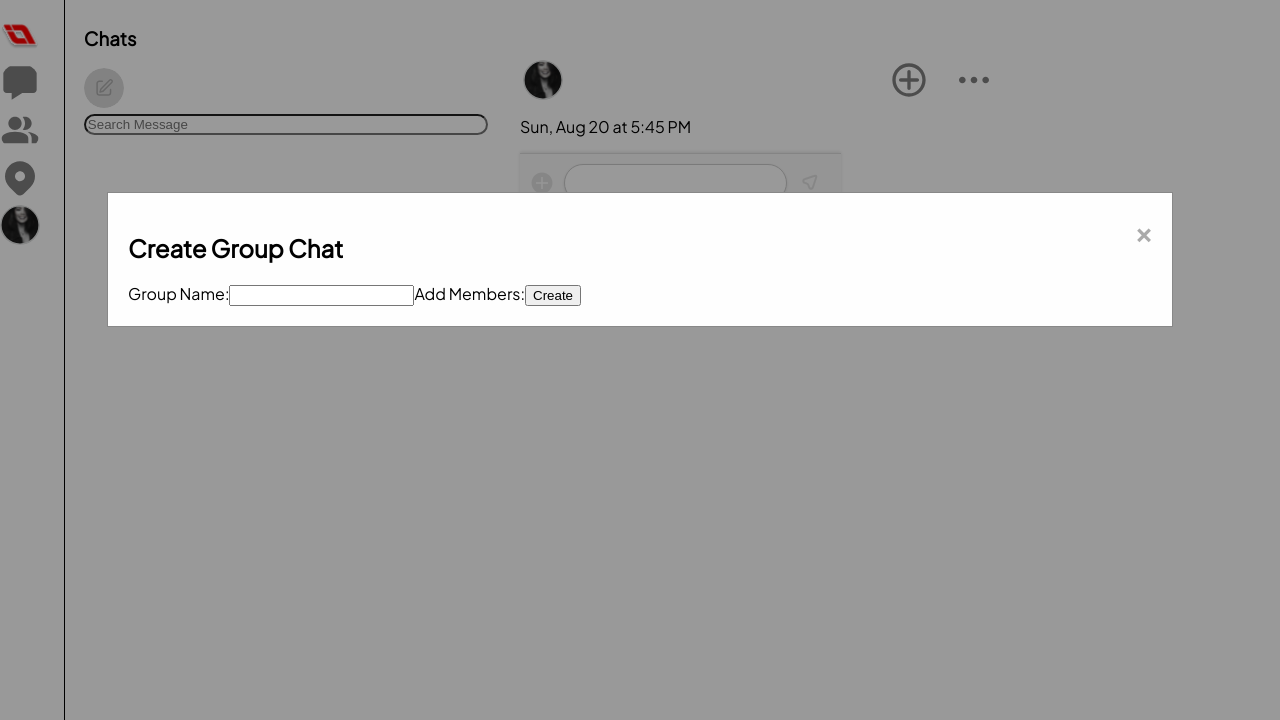
Repository: Nicktacku/LawChat
Page: /homechat (app in frontend/lawchat/)
These files come from the project's save history. The page is drawn as it stood at one moment and after the next save; the edit follows.
The browser window is 1280 px wide. The pictures show the whole page.
The page's requests for data from a server got no answer. The project was rebuilt for these pictures with package versions that can differ from the ones it lists, and the page was loaded fresh each time. No one was signed in, and anything a server would have sent is missing. Also part of the build but not shown: frontend/lawchat/src/styles/button.css, frontend/lawchat/src/components/Button.js, frontend/lawchat/src/pages/Home.js, frontend/lawchat/src/pages/Login.js, frontend/lawchat/src/styles/chatpreview.css, frontend/lawchat/src/components/ChatPreview.js, frontend/lawchat/src/components/ChatBubble.js, frontend/lawchat/src/pages/Test.js.

Above is the page before, as saved 2024-08-16 17:04:21.

### frontend/lawchat/public/index.html
<!DOCTYPE html>
<html lang="en">
  <head>
    <meta charset="utf-8" />
    <link rel="icon" href="%PUBLIC_URL%/favicon.ico" />
    <meta name="viewport" content="width=device-width, initial-scale=1" />
    <meta name="theme-color" content="#000000" />
    <meta
      name="description"
      content="Web site created using create-react-app"
    />
    <link rel="apple-touch-icon" href="%PUBLIC_URL%/logo192.png" />
    <!--
      manifest.json provides metadata used when your web app is installed on a
      user's mobile device or desktop. See https://developers.google.com/web/fundamentals/web-app-manifest/
    -->
    <link rel="manifest" href="%PUBLIC_URL%/manifest.json" />
    <link
      href="https://fonts.googleapis.com/css?family=Plus Jakarta Sans"
      rel="stylesheet"
    />
    <!--
      Notice the use of %PUBLIC_URL% in the tags above.
      It will be replaced with the URL of the `public` folder during the build.
      Only files inside the `public` folder can be referenced from the HTML.

      Unlike "/favicon.ico" or "favicon.ico", "%PUBLIC_URL%/favicon.ico" will
      work correctly both with client-side routing and a non-root public URL.
      Learn how to configure a non-root public URL by running `npm run build`.
    -->
    <title>React App</title>
  </head>
  <body>
    <noscript>You need to enable JavaScript to run this app.</noscript>
    <div id="root"></div>
    <!--
      This HTML file is a template.
      If you open it directly in the browser, you will see an empty page.

      You can add webfonts, meta tags, or analytics to this file.
      The build step will place the bundled scripts into the <body> tag.

      To begin the development, run `npm start` or `yarn start`.
      To create a production bundle, use `npm run build` or `yarn build`.
    -->
  </body>
</html>

### frontend/lawchat/src/App.js
import Home from "./pages/Home.js";
import Login from "./pages/Login.js";
import HomeChat from "./pages/HomeChat.js";

import {
  createBrowserRouter,
  createRoutesFromElements,
  Route,
  RouterProvider,
} from "react-router-dom";
import Test from "./pages/Test.js";

const router = createBrowserRouter(
  createRoutesFromElements(
    <Route path="/">
      <Route index element={<Home />} />
      <Route path="/login" element={<Login />} />
      <Route path="/homechat" element={<HomeChat />} />
      <Route path="/test" element={<Test />} />
    </Route>
  )
);

function App() {
  return (
    <div className="App">
      {/* <Login /> */}
      <RouterProvider router={router} />
    </div>
  );
}

export default App;

### frontend/lawchat/src/pages/HomeChat.js
import React, { useEffect, useState } from "react";
import axios from "axios";

import logo from "../images/logo.svg";
import chaticon from "../images/chaticon.svg";
import friendsicon from "../images/friendsicon.svg";
import locationicon from "../images/locationicon.svg";
import personaldp from "../images/personaldp.svg";

import newchaticon from "../images/newchaticon.svg";
import ChatPreview from "../components/ChatPreview";
import addicon from "../images/addicon.svg";
import tripledoticon from "../images/tripledoticon.svg";
import ChatBubble from "../components/ChatBubble";
import attachicon from "../images/attachicon.svg";
import sendicon from "../images/sendicon.svg";
import "../styles/homechat.css";

const HomeChat = () => {
  const [loading, setLoading] = useState(false);
  const [gcs, setGcs] = useState([]);
  const [userNames, setUserNames] = useState({});
  const [typedChat, setTypedChat] = useState("");
  const [currentGc, setCurrentGc] = useState("66bdc4c92b6710e2a4cfd866");
  const [showModal, setShowModal] = useState(false);
  const [groupName, setGroupName] = useState("");

  useEffect(() => {
    setLoading(true);
    axios
      .get("http://localhost:5555/gc")
      .then((response) => {
        setGcs(response.data);
        fetchUserNames(response.data);
      })
      .catch((err) => {
        console.log("in chats", err);
        setLoading(false);
      });
  }, [gcs]);

  const fetchUserNames = async (gcs) => {
    const userIds = [
      ...new Set(gcs.flatMap((gc) => gc.chats.map((chat) => chat.sender))),
    ];

    const userPromises = userIds.map((id) =>
      axios
        .get(`http://localhost:5555/users/${id}`)
        .then((response) => ({
          id,
          name: response.data.name,
        }))
        .catch((error) => {
          console.error(`Error fetching user ${id}:`, error);
          return { id, name: null }; // or handle differently
        })
    );

    const userData = await Promise.all(userPromises);
    const userNameMap = userData.reduce((acc, user) => {
      acc[user.id] = user.name || "Unknown User"; // Fallback if name is missing
      return acc;
    }, {});

    setUserNames(userNameMap);
    setLoading(false);
  };

  const sendChat = async (message, sender) => {
    const now = new Date();
    const newChat = {
      message: message,
      sender: sender,
      time: now.toLocaleTimeString(),
      is_owner: true,
    };
    await axios
      .post(`http://localhost:5555/gc/chat/send/${currentGc}`, newChat)
      .then((response) => {
        console.log(response);
      })
      .catch(function (error) {
        console.log(error);
      });

    setTypedChat("");
  };

  const handleChange = (e) => {
    setTypedChat(e.target.value);
  };

  const handleCurrentGc = (gcId) => {
    setCurrentGc(gcId);
    console.log(gcId);
  };

  const handleNewGroupName = (e) => {
    setGroupName(e.target.value);
  };

  const handleNewGroup = async (e) => {
    e.preventDefault();
    const newGroupChat = {
      name: groupName,
      members: [
        "66bd6a69b21a0789dbf1601f",
        "66bd6b0db21a0789dbf16022",
        "66bd6b53b21a0789dbf16024",
      ],
    };
    await axios
      .post(`http://localhost:5555/gc/create`, newGroupChat)
      .then((response) => {
        console.log(response);
      })
      .catch(function (error) {
        console.log(error);
      });
    setShowModal(true);
  };

  const handleGcDelete = async (gcId) => {
    await axios
      .delete(`http://localhost:5555/gc/delete/${gcId}`)
      .then((response) => {
        console.log(response);
      })
      .catch(function (error) {
        console.log(error);
      });
  };

  return (
    <div className="container">
      <div className="sidebar">
        <img src={logo} className="img" alt="Logo" /> <br />
        <img src={chaticon} className="img" alt="Chat Icon" /> <br />
        <img src={friendsicon} className="img" alt="Friends Icon" /> <br />
        <img src={locationicon} className="img" alt="Location Icon" /> <br />
        <img src={personaldp} className="img" alt="Personal DP" /> <br />
      </div>
      <div className="chats">
        <h3 className="h3">
          <b>Chats</b>
        </h3>
        <img src={newchaticon} alt="New Chat Icon" />
        <div
          id="myModal"
          class="modal"
          style={!showModal ? { display: "block" } : { display: "none" }}
        >
          <div class="modal-content">
            <span class="close">&times;</span>
            <h2>Create Group Chat</h2>
            <form>
              <label>Group Name:</label>
              <input
                type="text"
                onChange={handleNewGroupName}
                value={groupName}
              />
              <label>Add Members:</label>
              <button onClick={handleNewGroup}>Create</button>
            </form>
          </div>
        </div>
        <form>
          <input type="text" placeholder="Search Message" className="search" />
        </form>
        {gcs.map((gc) => (
          <>
            <div
              onClick={() => handleCurrentGc(gc._id)}
              className="chat-previews"
            >
              <ChatPreview
                key={gc._id}
                name={gc.name}
                preview={gc.chats.message}
              />
            </div>
            <button onClick={() => handleGcDelete(gc._id)}>delete</button>
          </>
        ))}
      </div>
      <div className="chat">
        <div className="chat-bar">
          <img src={personaldp} className="chat-image" alt="Chat Image" />
          <h3 className="chat-name">
            {gcs.map((gc) => (currentGc === gc._id ? gc.name : <></>))}
          </h3>
          <img src={addicon} className="chat-add" alt="Add Icon" />
          <img src={tripledoticon} className="chat-menu" alt="Menu Icon" />
        </div>
        <span className="chat-content">
          <p>Sun, Aug 20 at 5:45 PM</p>
          {gcs.map((gc) =>
            currentGc === gc._id ? (
              gc.chats.map((chat) => (
                <ChatBubble
                  key={chat.id}
                  name={userNames[chat.sender] || chat.sender}
                  message={chat.message}
                  className="chat-content"
                />
              ))
            ) : (
              <></>
            )
          )}
        </span>
        <div className="chatbox">
          <img src={attachicon} alt="Attach Icon" />
          <form>
            <input
              type="text"
              onChange={handleChange}
              value={typedChat}
              placeholder=""
            />
            <img
              src={sendicon}
              onClick={() => sendChat(typedChat, "66bd6a69b21a0789dbf1601f")}
              alt="Send Icon"
            />
          </form>
        </div>
      </div>
    </div>
  );
};

export default HomeChat;

### frontend/lawchat/src/styles/home.css
body {
    font-family: 'Plus Jakarta Sans';
}

.body {
    padding-left: 5%;
    padding-right: 5%;
}

.navbar {
    overflow: hidden;
    border-bottom: 1px solid rgba(129, 133, 137, 0.3);
    padding-left: 3%;
    padding-right: 3%;
}



.nav-list {
    list-style-type: none;
    margin: 0;
    padding: 0;
    text-align: center;
}

.nav-item {
    float: right;
    padding: 2vh;
}

.logo{
    overflow: hidden;
    float:left;
}

.body-content {
    width: 40%;
    float: left;
    justify-content: center;
}

.body-image {
    width: 60%;
    float: right;
}

.h1{
    font-size: 18vh;
    margin-top: 30%;
}

.p {
    font-size: 5vh;
    color: gray;
}

.stores {
    justify-content: space-around;
}

.body-image {
    position: relative;
}

/* .body-image-content {
    position: absolute;
    width: 100px;
    height: 100px;
    border: 1px solid red;
} */

### frontend/lawchat/src/styles/homechat.css
.sidebar {
    height: 100%;
    width: 5%;
    position: fixed;
    top: 0;
    left: 0;
    overflow-x: hidden;
    padding-top: 16px;
    border-right: 1px solid black;
    /* justify-content: center; */
    /* align-items: center; */
  }

.chat {
    margin-left: 40%;
    position: absolute;
    top: 0%;
}

.chats {
    margin-left: 6%
}

.img{
    width: 9vh;
    padding-bottom: 5%;
  }

.search {
    border-radius: 30px;
    width: 55vh
}

.chat-bar{
  margin-top: 20%;
  display:flex;
  justify-content: space-around;
}

.chat-image{
  margin-left: 1%;
}

.chat-name{
  margin-left: 5%;
}

.chat-add{
  margin-left: 100%;
}

.chat-menu{
  margin-left: 5%;
}

.chatbox {
  display: flex;
  align-items: center;
  padding: 10px;
  background-color: #f9f9f9;
  border-top: 1px solid #ddd;
  box-shadow: 0px -1px 3px rgba(0, 0, 0, 0.1);
  width: 100%;
}

.chatbox img {
  width: 24px;
  height: 24px;
  cursor: pointer;
  margin-right: 10px;
}

.chatbox form {
  display: flex;
  align-items: center;
  flex-grow: 1;
}

.chatbox input[type="text"] {
  flex-grow: 1;
  padding: 10px;
  border-radius: 20px;
  border: 1px solid #ccc;
  outline: none;
  font-family: Arial, sans-serif;
  font-size: 14px;
  background-color: #fff;
  box-shadow: 0px 1px 3px rgba(0, 0, 0, 0.1);
  margin-right: 10px;
}

.chatbox input[type="text"]::placeholder {
  color: #aaa;
}

.chatbox button {
  background: none;
  border: none;
  cursor: pointer;
}

.chatbox button img {
  width: 24px;
  height: 24px;
}

.chatbox input[type="text"]:focus {
  border-color: #007bff;
  box-shadow: 0px 0px 5px rgba(0, 123, 255, 0.5);
}

.chat-previews{
  cursor: pointer;
}

/* The Modal (background) */
.modal {
  display: none; /* Hidden by default */
  position: fixed; /* Stay in place */
  z-index: 1; /* Sit on top */
  left: 0;
  top: 0;
  width: 100%; /* Full width */
  height: 100%; /* Full height */
  overflow: auto; /* Enable scroll if needed */
  background-color: rgb(0,0,0); /* Fallback color */
  background-color: rgba(0,0,0,0.4); /* Black w/ opacity */
}

/* Modal Content/Box */
.modal-content {
  background-color: #fefefe;
  margin: 15% auto; /* 15% from the top and centered */
  padding: 20px;
  border: 1px solid #888;
  width: 80%; /* Could be more or less, depending on screen size */
}

/* The Close Button */
.close {
  color: #aaa;
  float: right;
  font-size: 28px;
  font-weight: bold;
}

.close:hover,
.close:focus {
  color: black;
  text-decoration: none;
  cursor: pointer;
}

### frontend/lawchat/src/styles/chatbubble.css
.container {
  display: flex;
  align-items: flex-start; /* Aligns the profile image and text container at the top */
  margin-bottom: 10px;
}

.container img {
  width: 40px;
  height: 40px;
  border-radius: 50%;
  margin-right: 10px;
  flex-shrink: 0; /* Prevents the image from shrinking */
}

.message-wrapper {
  display: flex;
  flex-direction: column; /* Stacks the sender name and message vertically */
  max-width: 80%; /* Limits the width of the chat message */
}

.sender-name {
  font-size: 12px;
  color: #555;
  margin-bottom: 3px;
  font-weight: bold;
}

.chat-message {
  background-color: #f0f0f0;
  color: #333;
  padding: 10px 15px;
  border-radius: 15px;
  font-family: Arial, sans-serif;
  font-size: 14px;
  line-height: 1.5;
  box-shadow: 0px 1px 3px rgba(0, 0, 0, 0.1);
  position: relative;
  word-wrap: break-word; /* Ensures long words break onto the next line */
}

.chat-message::before {
  content: "";
  position: absolute;
  top: 10px;
  left: -10px;
  width: 0;
  height: 0;
  border-top: 10px solid transparent;
  border-bottom: 10px solid transparent;
  border-right: 10px solid #f0f0f0;
}

Loaded but not shown: frontend/lawchat/src/index.js (common file)

After the next save:
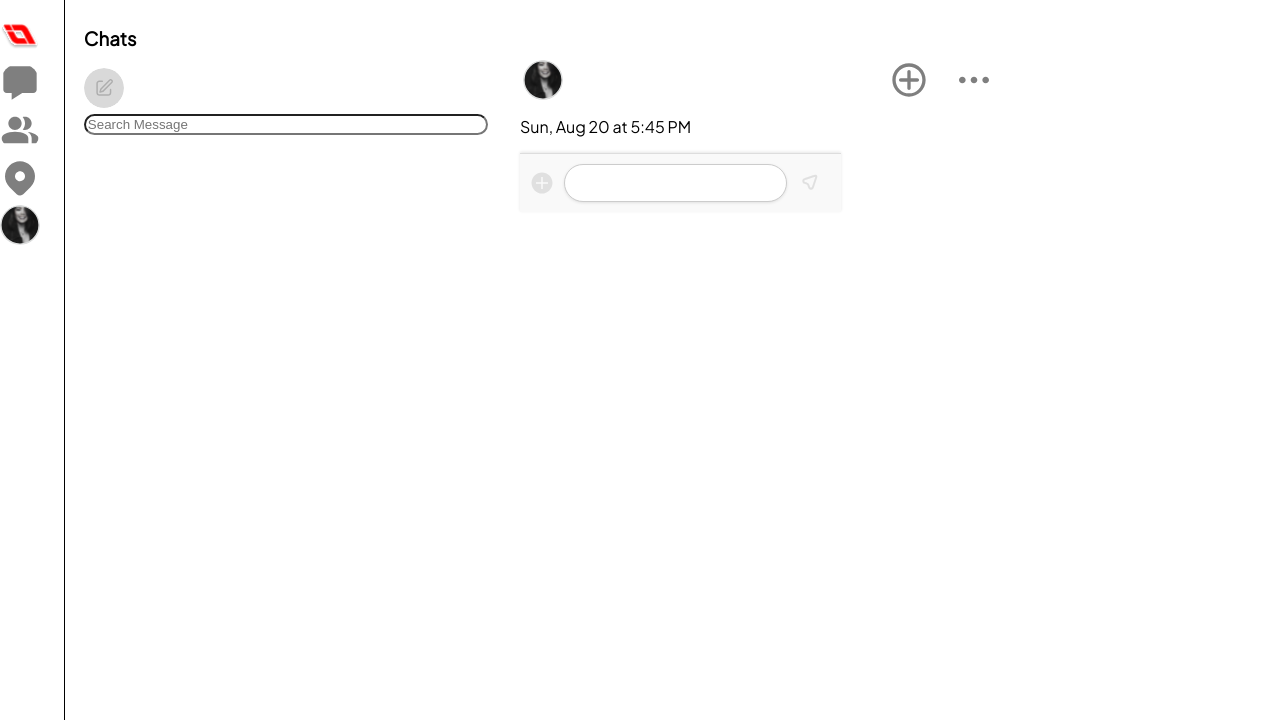
Saved 21 s later.
--- a/frontend/lawchat/src/pages/HomeChat.js
+++ b/frontend/lawchat/src/pages/HomeChat.js
@@ -22,7 +22,7 @@ const HomeChat = () => {
   const [userNames, setUserNames] = useState({});
   const [typedChat, setTypedChat] = useState("");
   const [currentGc, setCurrentGc] = useState("66bdc4c92b6710e2a4cfd866");
-  const [showModal, setShowModal] = useState(false);
+  const [showModal, setShowModal] = useState(true);
   const [groupName, setGroupName] = useState("");
 
   useEffect(() => {
